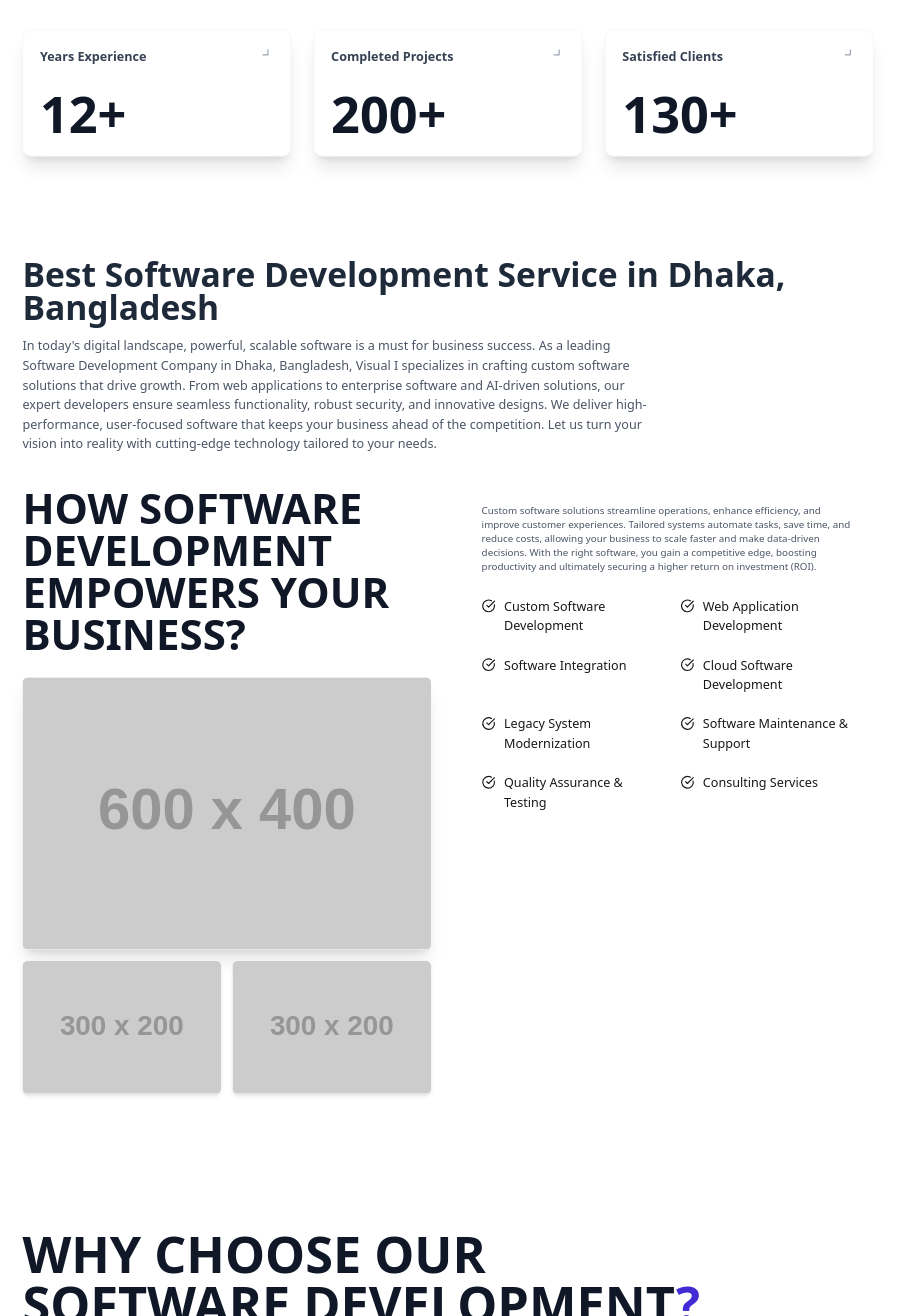
Repository: mdmuhibullahhabib/weboria
Page: /services
The author's editor kept a copy of each file at every save. The page is drawn from the files as they stood at one save, then again after the next save.
The browser window is 1280 px wide. The page is 1313 px wide, so the pictures cover 1313 px, including what lies to the right of the window. The pictures show the part of the page from y = 1371 to 3251 px (the page is 8170 px tall), at 70% of full size.
The project was rebuilt for these pictures with package versions that can differ from the ones it lists, and the page was loaded fresh each time. The framework's server and built-in components were replaced by stand-ins that run in the browser. Also part of the build but not shown: next.config.mjs.

Above is the page before, as saved 2025-10-05 15:42:10.

### src/app/services/page.jsx
import React from 'react';
import { ChevronRight, Zap, CheckCircle, MessageSquare, Phone, Mail, MapPin, Search, ChevronDown } from 'lucide-react';

// Main App component which will serve as the service page
export default function Service() {

  // --- Mock Data ---
  const services = [
    'Custom Software Development',
    'Web Application Development',
    'Software Integration',
    'Cloud Software Development',
    'Legacy System Modernization',
    'Software Maintenance & Support',
    'Quality Assurance & Testing',
    'Consulting Services',
  ];

  const whyChooseKeywords = [
    { title: 'EXPERIENCE...', customColor: '#1f2937' }, // Dark gray/black
    { title: 'COLLABORATIVE...', customColor: '#f97316' }, // Orange/Amber
    { title: 'EFFECTIVENESS...', customColor: '#f97316' }, // Orange/Amber
    { title: 'CLIENT-CENTRIC...', customColor: '#f97316' }, // Orange/Amber
  ];

  const processSteps = [
    { number: '01', title: 'DISCOVERY & PLANNING', position: 'top-left' },
    { number: '02', title: 'DESIGN & ARCHITECTURE', position: 'mid-left' },
    { number: '03', title: 'DEPLOYMENT & TESTING', position: 'mid-right' },
    { number: '04', title: 'POST-DEPLOYMENT SUPPORT & MAINTENANCE', position: 'bottom-center' },
  ];

  const faqs = [
    {
      question: 'HOW MUCH DOES IT COST TO DEVELOP SOFTWARE?',
      answer: 'The cost of software development can vary depending on several factors, including the size and complexity of the project and the technologies used. We will provide you with a detailed quote after gathering your requirements and understanding your project needs.'
    },
    {
      question: 'HOW LONG DOES IT TAKE TO DEVELOP SOFTWARE?',
      answer: 'Project duration varies widely. A small application might take 4-8 weeks, while complex enterprise solutions can take 6 months or more. We establish clear timelines during the planning phase.'
    },
    {
      question: 'WHY SHOULD I CHOOSE CUSTOM SOFTWARE DEVELOPMENT OVER OFF-THE-SHELF SOLUTIONS?',
      answer: 'Custom software is tailored exactly to your unique business processes, providing a competitive edge, better integration, and greater scalability, unlike generic off-the-shelf products.'
    },
  ];

  // Utility component for the service list bullets
  const ServiceListItem = ({ text }) => (
    <div className="flex items-start mb-3">
      <CheckCircle className="w-5 h-5 mr-3 text-current mt-1 flex-shrink-0" />
      <p className="text-lg font-light">{text}</p>
    </div>
  );

  // --- Section Components ---

    const Hero = () => (
    <section
      className="relative bg-cover bg-center text-white py-32"
      style={{
        backgroundImage:
          "linear-gradient(rgba(0,0,0,0.6),rgba(0,0,0,0.6)),url('https://images.unsplash.com/photo-1519389950473-47ba0277781c?auto=format&fit=crop&w=1200&q=80')",
      }}
    >
      <div className="max-w-6xl mx-auto px-6 text-center">
        <h1 className="text-5xl md:text-7xl font-extrabold mb-6 leading-tight">
          Empowering Brands with <br /> Impactful Digital Services
        </h1>
        <p className="text-xl text-gray-200 max-w-3xl mx-auto">
          From strategy to execution, we deliver modern digital solutions that
          accelerate your business growth and brand impact.
        </p>
      </div>
    </section>
  );

const HeroSection = () => {
  // --- ServiceListItem Component ---
 const ServiceListItem = ({ text }) => (
  <div className="flex items-center mb-3 hover:translate-x-1 transition-transform duration-300">
    {/* + icon */}
    <span
      className="text-2xl font-bold mr-1 flex-shrink-0"
      style={{ color: '#f97316' }}
    >
      +
    </span>
    <p className="text-lg font-medium text-gray-700 mr-6">{text}</p>
  </div>
);


  return (
    <section className="relative pt-24 pb-16 md:pt-32 md:pb-24 bg-white overflow-hidden">
      <div className="max-w-7xl mx-auto px-4 sm:px-6 lg:px-8">
        <div className="grid md:grid-cols-2 gap-12 items-start">

          {/*  Large Title */}
          <div>
            <h1 className="text-6xl sm:text-7xl md:text-8xl lg:text-[10rem] font-extrabold leading-none tracking-tighter text-gray-900 mb-8">
              SOFTWARE
              <br />
              DEVELOPMENT
            </h1>
                    <div className="pt-2">
            <h2 className="text-2xl font-semibold text-gray-900 mb-6">
              Services
            </h2>

            {/* services */}
            <div className="grid lg:grid-cols-2 items-center">
              {services.map((service, index) => (
                <ServiceListItem key={index} text={service} />
              ))}
            </div>
          </div>
          </div>

        </div>
      </div>
    </section>
  );
};

  const StatsSection = () => (
    <div className="bg-white py-12 -mt-16 md:-mt-20 relative z-10">
      <div className="max-w-7xl mx-auto px-4 sm:px-6 lg:px-8">
        <div className="grid md:grid-cols-3 gap-8">
          {/* Card Style from Screenshot 113 */}
          {[
            { label: 'Years Experience', value: '12+' },
            { label: 'Completed Projects', value: '200+' },
            { label: 'Satisfied Clients', value: '130+' },
          ].map((stat, index) => (
            <div key={index} className="card bg-white p-6 shadow-xl border border-gray-100 rounded-xl hover:shadow-2xl transition duration-300">
              <div className="flex justify-between items-start mb-8">
                <h3 className="text-lg font-semibold text-gray-700">{stat.label}</h3>
                <ChevronRight className="w-5 h-5 text-gray-400 rotate-45" />
              </div>
              <p className="text-6xl md:text-7xl font-extrabold text-gray-900">{stat.value}</p>
            </div>
          ))}
        </div>
      </div>
    </div>
  );

  const ServiceListSection = () => (
    <div className="bg-white py-16 md:py-24">
      <div className="max-w-7xl mx-auto px-4 sm:px-6 lg:px-8">
        {/* Top Title Section (from Screenshot 105) */}
        <div className="mb-12">
          <h2 className="text-4xl md:text-5xl font-extrabold text-gray-800 mb-4">
            Best Software Development Service in Dhaka, Bangladesh
          </h2>
          <p className="text-lg text-gray-600 max-w-4xl">
            In today's digital landscape, powerful, scalable software is a must for business success. As a leading Software Development Company in Dhaka, Bangladesh, Visual I specializes in crafting custom software solutions that drive growth. From web applications to enterprise software and AI-driven solutions, our expert developers ensure seamless functionality, robust security, and innovative designs. We deliver high-performance, user-focused software that keeps your business ahead of the competition. Let us turn your vision into reality with cutting-edge technology tailored to your needs.
          </p>
        </div>

        <div className="grid md:grid-cols-2 gap-12 items-start">
          {/* Left Side: How Software Empowers (Matches image_cdef6a.png) */}
          <div>
            <h2 className="text-5xl md:text-6xl font-extrabold text-gray-900 mb-8">
              HOW SOFTWARE
              <br />
              DEVELOPMENT
              <br />
              EMPOWERS YOUR
              <br />
              BUSINESS?
            </h2>
             {/* Image below the title, matching the visual placement in image_cdef6a.png */}
            <div className="mt-8 space-y-4">
                <img
                    src="https://placehold.co/600x400/f2f2f2/1f2937?text=Collaborative+Development+Team"
                    alt="Team working on code"
                    className="w-full h-auto rounded-lg shadow-xl"
                />
                {/* Placeholder for the second image, if needed, mimicking the split view */}
                 <div className="grid grid-cols-2 gap-4">
                    <img
                        src="https://placehold.co/300x200/f2f2f2/1f2937?text=Dedicated+Programmer"
                        alt="Dedicated Programmer"
                        className="w-full h-full object-cover rounded-lg shadow-md"
                    />
                    <img
                        src="https://placehold.co/300x200/f2f2f2/1f2937?text=Dedicated+Programmer"
                        alt="Dedicated Programmer"
                        className="w-full h-full object-cover rounded-lg shadow-md"
                    />
                 </div>
            </div>
          </div>

          {/* Right Side: Service List & Description (Combines content from Screenshot 103 and 105 text) */}
          <div className="p-6">
            <p className="text-sm text-gray-600 mb-8">
              Custom software solutions streamline operations, enhance efficiency, and improve customer experiences. Tailored systems automate tasks, save time, and reduce costs, allowing your business to scale faster and make data-driven decisions. With the right software, you gain a competitive edge, boosting productivity and ultimately securing a higher return on investment (ROI).
            </p>
            <div className="grid grid-cols-1 sm:grid-cols-2 gap-y-4 gap-x-8">
              {services.map((service, index) => (
                <ServiceListItem key={index} text={service} />
              ))}
            </div>
          </div>
        </div>
      </div>
    </div>
  );

  const WhyChooseUsSection = () => (
    <div className="py-24 bg-white">
      <div className="max-w-7xl mx-auto px-4 sm:px-6 lg:px-8">
        {/* Main Section Title (Screenshot 108) */}
        <h2 className="text-5xl md:text-7xl font-extrabold text-gray-900 mb-16 text-center md:text-left">
          WHY CHOOSE OUR
          <br />
          SOFTWARE DEVELOPMENT
          <span className="text-primary">?</span>
        </h2>

        <div className="grid md:grid-cols-2 gap-12 items-center">
          {/* Left Side: Content Card (Screenshot 109) */}
          <div className="p-8 border-r-4 border-gray-200">
            <div className="mb-8">
              {/* Icon/Shape Mimic from Screenshot 109 */}
              <div className="flex items-center space-x-2 mb-4">
                <div className="w-12 h-12 border-2 border-gray-900 rounded-full flex items-center justify-center">
                  <div className="w-8 h-8 bg-gray-900 rounded-full relative">
                    <div className="absolute top-1/2 left-1/2 -translate-x-1/2 -translate-y-1/2 w-4 h-4" style={{ backgroundColor: '#f97316' }} ></div>
                  </div>
                </div>
              </div>
              <h3 className="text-3xl font-bold text-gray-900 mb-4">
                PROVEN EXPERTISE AND
                <br />
                EXPERIENCE
              </h3>
              <p className="text-lg text-gray-600">
                Our seasoned software developers have extensive knowledge and experience in various domains, including web development, mobile app development, and custom software solutions.
              </p>
            </div>
            <button className="btn btn-neutral btn-lg rounded-lg shadow-xl">
              <MessageSquare className="w-5 h-5" />
              Send Your Message
            </button>
          </div>

          {/* Right Side: Experience List (Screenshot 109) - Highly stylized keywords */}
          <div className="space-y-4">
            {whyChooseKeywords.map((item, index) => (
                <h3
                    key={index}
                    className={`block text-5xl md:text-7xl font-extrabold leading-tight`}
                    style={{ color: item.customColor }}
                >
                    {item.title}
                </h3>
            ))}
          </div>
        </div>
      </div>
    </div>
  );

  const WorkingProcessSection = () => {
    // Component to render the step boxes
    const StepBox = ({ step }) => (
      <div className="flex items-center space-x-4 bg-white shadow-lg p-4 rounded-lg w-fit">
        <div className="text-2xl font-extrabold p-2 rounded" style={{ backgroundColor: '#1f2937', color: 'white' }}>
          {step.number}
        </div>
        <h4 className="text-xl font-semibold text-gray-800 tracking-wider">
          {step.title}
        </h4>
      </div>
    );

    return (
      <div className="bg-gray-50 py-24">
        <div className="max-w-7xl mx-auto px-4 sm:px-6 lg:px-8 text-center">
          {/* Title from Screenshot 110 */}
          <h2 className="text-6xl md:text-8xl font-extrabold mb-16" style={{ color: '#f97316' }}>
            WORKING PROCESS
          </h2>

          {/* Mimicking the Diagram Layout from Screenshot 111 using relative positioning and Tailwind for the lines */}
          <div className="relative h-[600px] md:h-[800px] flex items-center justify-center">

            {/* Background Lines (Dotted lines in the original image) */}
            {/* 1 -> 2 (Vertical line) */}
            <div className="absolute top-0 left-1/4 h-[50%] w-0 border-l-2 border-dashed border-gray-400 transform -translate-x-1/2 md:top-[10%] md:left-[25%] md:h-[30%]" style={{ top: '10%', left: '25%', height: '30%' }}></div>
            {/* 2 -> 3 (Horizontal line) */}
            <div className="absolute h-0 w-[50%] border-t-2 border-dashed border-gray-400 transform -translate-y-1/2" style={{ top: '40%', left: '25%', width: '50%' }}></div>
            {/* 3 -> 4 (Vertical line) */}
            <div className="absolute top-0 right-1/4 h-[50%] w-0 border-r-2 border-dashed border-gray-400 transform translate-x-1/2 md:top-[40%] md:right-[25%] md:h-[30%]" style={{ top: '40%', right: '25%', height: '30%' }}></div>

            {/* Step Boxes positioned absolutely to mimic the flow */}
            <div className="absolute" style={{ top: '5%', left: '25%', transform: 'translateX(-50%)' }}>
              <StepBox step={processSteps[0]} />
            </div>
            <div className="absolute" style={{ top: '35%', left: '5%', transform: 'translateX(0%)' }}>
              <StepBox step={processSteps[1]} />
            </div>
            <div className="absolute" style={{ top: '35%', right: '5%', transform: 'translateX(0%)' }}>
              <StepBox step={processSteps[2]} />
            </div>
            <div className="absolute" style={{ bottom: '5%', left: '50%', transform: 'translateX(-50%)' }}>
              <StepBox step={processSteps[3]} />
            </div>

          </div>
        </div>
      </div>
    );
  };

  const TeamImageSection = () => (
    <div className="bg-white py-16">
      <div className="max-w-7xl mx-auto px-4 sm:px-6 lg:px-8">
        {/* Placeholder for the team image (Screenshots 106 & 107) */}
        <div className="h-96 w-full rounded-xl overflow-hidden shadow-2xl">
          <img
            src="https://placehold.co/1200x400/1e293b/ffffff?text=Our+Software+Development+Team"
            alt="Team working on code"
            className="w-full h-full object-cover"
          />
        </div>
      </div>
    </div>
  );

  const AlliancePartnersSection = () => {
    const partners = [
      { name: 'AWS', icon: 'https://placehold.co/100x60/f2f2f2/000000?text=aws', style: 'text-2xl font-bold' },
      { name: 'Azure', icon: 'https://placehold.co/100x60/f2f2f2/000000?text=Azure', style: 'text-2xl font-bold' },
      { name: 'Pico Public Cloud', icon: 'https://placehold.co/100x60/f2f2f2/000000?text=Pico', style: 'text-xl font-bold' },
      { name: 'Google Partner', icon: 'https://placehold.co/100x60/f2f2f2/000000?text=Google', style: 'text-xl font-bold' },
      { name: 'ISO Certified', icon: 'https://placehold.co/100x60/f2f2f2/000000?text=ISO', style: 'text-xl font-bold' },
      { name: 'Stock Exchange', icon: 'https://placehold.co/100x60/f2f2f2/000000?text=Stock', style: 'text-xl font-bold' },
    ];

    return (
      <div className="bg-white py-24">
        <div className="max-w-7xl mx-auto px-4 sm:px-6 lg:px-8 text-center">
          {/* Title from Screenshot 112 */}
          <h2 className="text-5xl md:text-7xl font-extrabold mb-16">
            <span className="text-blue-700">ALLIANCES &</span>
            <span className="block text-5xl md:text-7xl font-extrabold" style={{ color: '#f97316' }}>PARTNERS</span>
          </h2>

          <div className="grid grid-cols-2 sm:grid-cols-3 lg:grid-cols-6 gap-6">
            {partners.map((partner, index) => (
              <div key={index} className="flex items-center justify-center p-6 bg-white border border-gray-200 rounded-xl shadow-lg hover:shadow-xl transition duration-300 h-32">
                <img src={partner.icon} alt={partner.name} className="max-h-full max-w-full" />
              </div>
            ))}
          </div>
        </div>
      </div>
    );
  };

  const FAQSection = () => (
    <div className="bg-gray-50 py-24">
      <div className="max-w-4xl mx-auto px-4 sm:px-6 lg:px-8">
        {/* Title from Screenshot 114 */}
        <h2 className="text-4xl md:text-6xl font-extrabold text-gray-800 mb-12 text-center">
          F.A.Q
        </h2>

        {faqs.map((item, index) => (
          <div key={index} className="collapse collapse-arrow bg-white shadow-md mb-4 rounded-xl">
            <input type="radio" name="my-accordion-2" defaultChecked={index === 0} />
            <div className="collapse-title text-xl font-semibold text-gray-800 p-4">
              {item.question}
            </div>
            <div className="collapse-content px-4 pb-4">
              <p className="text-gray-600">{item.answer}</p>
            </div>
          </div>
        ))}
      </div>
    </div>
  );

  const ContactSection = () => (
    <div className="bg-white py-24">
      <div className="max-w-7xl mx-auto px-4 sm:px-6 lg:px-8">
        <div className="grid md:grid-cols-2 gap-12">

          {/* Left Side: Contact Info (Screenshot 115) */}
          <div>
            <h2 className="text-5xl md:text-6xl font-extrabold text-gray-900 mb-6">
              DON'T HESITATE TO
              <br />
              REACH OUT TO US
            </h2>
            <p className="text-lg text-gray-600 mb-12 max-w-lg">
              We welcome the opportunity to connect with you! Feel free to contact us using the details provided or by filling out the contact form. As a leading advertising agency in Bangladesh, our dedicated team is here to provide expert assistance and answer any questions you may have.
            </p>

            <div className="space-y-8">
              {/* Call Us At */}
              <div className="flex items-start">
                <Phone className="w-8 h-8 text-gray-900 mr-4 mt-1 flex-shrink-0" />
                <div>
                  <h4 className="text-xl font-bold text-gray-900 mb-1">CALL US AT</h4>
                  <p className="text-lg text-gray-600">+88 0189-600-6896</p>
                </div>
              </div>

              {/* Email Us On */}
              <div className="flex items-start">
                <Mail className="w-8 h-8 text-gray-900 mr-4 mt-1 flex-shrink-0" />
                <div>
                  <h4 className="text-xl font-bold text-gray-900 mb-1">EMAIL US ON</h4>
                  <p className="text-lg text-gray-600">hello@visualiweb.com</p>
                </div>
              </div>

              {/* Find Us */}
              <div className="flex items-start">
                <MapPin className="w-8 h-8 text-gray-900 mr-4 mt-1 flex-shrink-0" />
                <div>
                  <h4 className="text-xl font-bold text-gray-900 mb-1">FIND US</h4>
                  <p className="text-lg text-gray-600">
                    House # 3, Road # 2/2, Banani,
                    <br />
                    Dhaka-1213, Bangladesh
                  </p>
                </div>
              </div>
            </div>
          </div>

          {/* Right Side: Contact Form (Screenshot 115) */}
          <div>
            <h2 className="text-5xl font-extrabold text-gray-900 mb-8">
              SEND US A MESSAGE
            </h2>
            <form className="space-y-4">
              <div className="grid grid-cols-1 sm:grid-cols-2 gap-4">
                <input type="text" placeholder="YOUR NAME" className="input input-lg input-bordered w-full rounded-lg text-gray-800 placeholder-gray-500" />
                <input type="email" placeholder="YOUR EMAIL" className="input input-lg input-bordered w-full rounded-lg text-gray-800 placeholder-gray-500" />
              </div>
              <input type="text" placeholder="YOUR SUBJECT" className="input input-lg input-bordered w-full rounded-lg text-gray-800 placeholder-gray-500" />
              <textarea placeholder="WRITE MESSAGE..." className="textarea textarea-lg textarea-bordered w-full h-40 rounded-lg text-gray-800 placeholder-gray-500 resize-none"></textarea>
              <button type="submit" className="btn btn-neutral btn-lg rounded-lg shadow-xl mt-4">
                <ChevronRight className="w-5 h-5" />
                Send a message
              </button>
            </form>
          </div>

        </div>
      </div>
    </div>
  );


  // --- Main Render ---
  return (
    <div className="min-h-screen bg-white font-sans">
      <main>
        {/* The first set of images defined the style and the core sections */}
        <Hero />
        <HeroSection />
        <StatsSection /> {/* NEW: Stats section (Screenshot 113) */}
        <ServiceListSection />
        <WhyChooseUsSection />
        <TeamImageSection />

        {/* The new sections from the latest screenshots */}
        <WorkingProcessSection /> {/* NEW: Working Process (Screenshots 110 & 111) */}
        <AlliancePartnersSection /> {/* NEW: Alliances & Partners (Screenshot 112) */}
        <FAQSection /> {/* NEW: F.A.Q. Section (Screenshot 114) */}
        <ContactSection /> {/* NEW: Contact Form (Screenshot 115) */}

        {/* Footer placeholder */}
        <footer className="footer footer-center p-8 bg-base-300 text-base-content">
          <aside>
            <p>Copyright © 2024 - All rights reserved by Visual I</p>
          </aside>
        </footer>
      </main>
    </div>
  );
}

Loaded but not shown: src/app/globals.css (common file); src/components/Navbar.jsx (193 lines, source omitted); src/components/Footer.jsx (159 lines, source omitted); src/components/Button.jsx (46 lines, source omitted); src/app/layout.js (37 lines, source omitted)

After the next save:
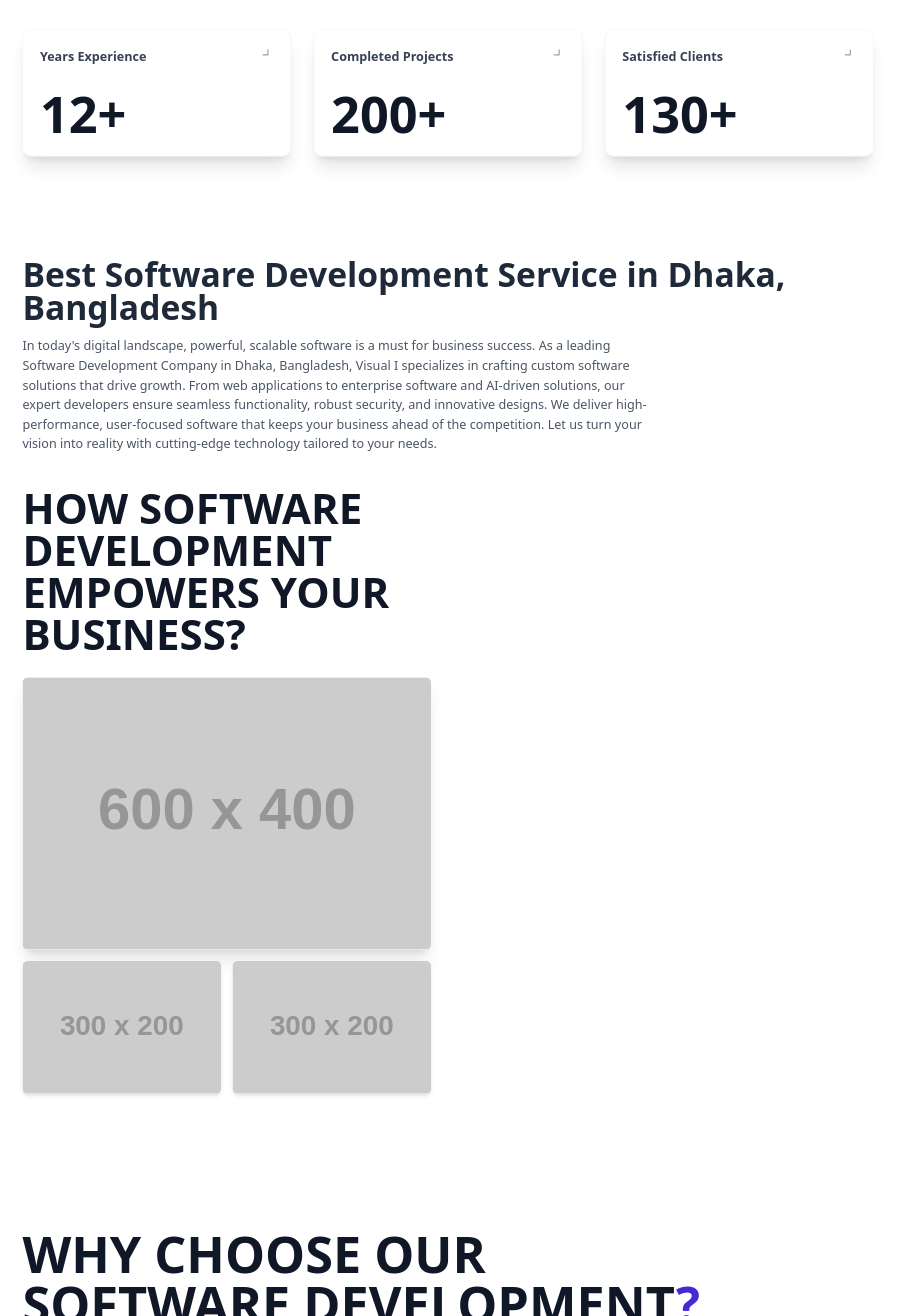
Saved 8 s later.
--- a/src/app/services/page.jsx
+++ b/src/app/services/page.jsx
@@ -195,7 +195,7 @@ const HeroSection = () => {
           </div>
 
           {/* Right Side: Service List & Description (Combines content from Screenshot 103 and 105 text) */}
-          <div className="p-6">
+          {/* <div className="p-6">
             <p className="text-sm text-gray-600 mb-8">
               Custom software solutions streamline operations, enhance efficiency, and improve customer experiences. Tailored systems automate tasks, save time, and reduce costs, allowing your business to scale faster and make data-driven decisions. With the right software, you gain a competitive edge, boosting productivity and ultimately securing a higher return on investment (ROI).
             </p>
@@ -204,7 +204,7 @@ const HeroSection = () => {
                 <ServiceListItem key={index} text={service} />
               ))}
             </div>
-          </div>
+          </div> */}
         </div>
       </div>
     </div>
